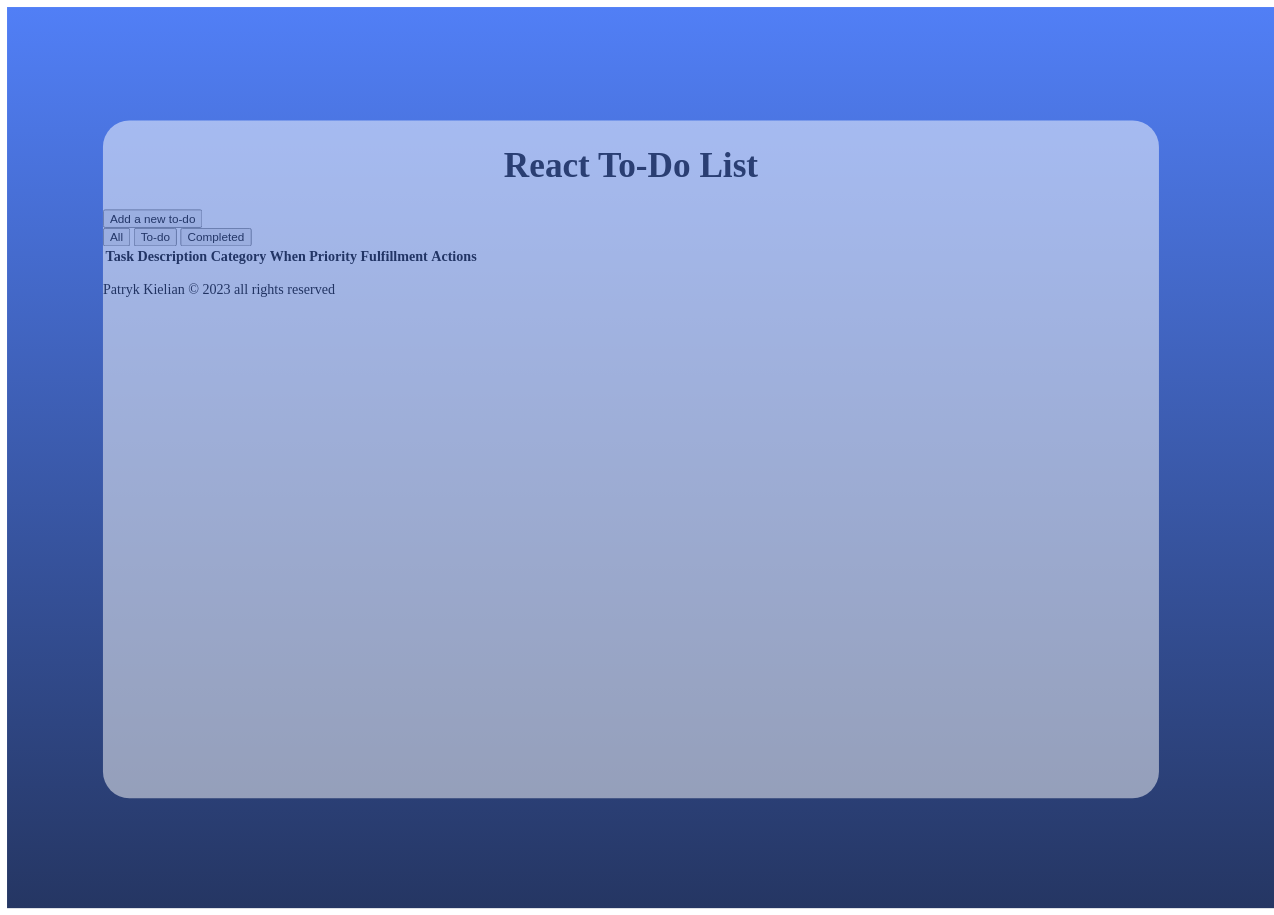
Repository: mirajane2/maquette-todo
Page: index.html
The author's editor kept a copy of each file at every save. The page is drawn from the files as they stood at one save, then again after the next save.
The browser window is 1280 px wide. The page is 1448 px wide, so the pictures cover 1448 px, including what lies to the right of the window. The pictures show the whole page, at 88% of full size.

Above is the page before, as saved 2024-11-12 17:09:24.

### index.html
<!DOCTYPE html>
<html lang="fr">
<head>
    <meta charset="UTF-8">
    <meta name="viewport" content="width=device-width, initial-scale=1.0">
    <link rel="stylesheet" href="index.css">
    <title>Maquette Figma</title>
</head>
<body>
    <div class="container">
        <div class="content">
            <h1 class="titre">React To-Do List</h1>
            <div>
                <button class="taches"> Add a new to-do</button>
                <div class="choix_selection">
                    <button class="show">All</button>
                    <button class="options">To-do</button>
                    <button class="options">Completed</button>
                </div>
            </div>

            <div class="table">
                <table>
                    <thead>
                        <tr>
                            <th>Task</th>
                            <th>Description</th>
                            <th>Category</th>
                            <th>When</th>
                            <th>Priority</th>
                            <th>Fulfillment</th>
                            <th>Actions</th>
                        </tr>
                    </thead>
                    <tbody class="valeur">
                        <script src="script.js"></script>
                    </tbody>
                </table>
            </div>

            <footer>
                <p>Patryk Kielian © 2023 all rights reserved</p>
            </footer>
        </div>
    </div>
</body>
</html>

### index.css
.container{
    background: linear-gradient(180deg, #517FF6, #253663);
    width : 1440px;
    height: 1024px;
}

.content{
    position: absolute;
    left: 117px;
    top: 137px;
    border-radius: 30px;
    opacity: 0.5;
    background-color: #ffffff;
    width: 1200px;
    height: 770px;
}

.titre{
    color: #0c0c0c;
    font-weight: bold;
    font-size: 40px;
    text-align: center;
    font-family: Jost;
    line-height: Auto;
    letter-spacing: 0%;
}

Loaded but not shown: script.js (no stored copy; drawn as an empty file)

After the next save:
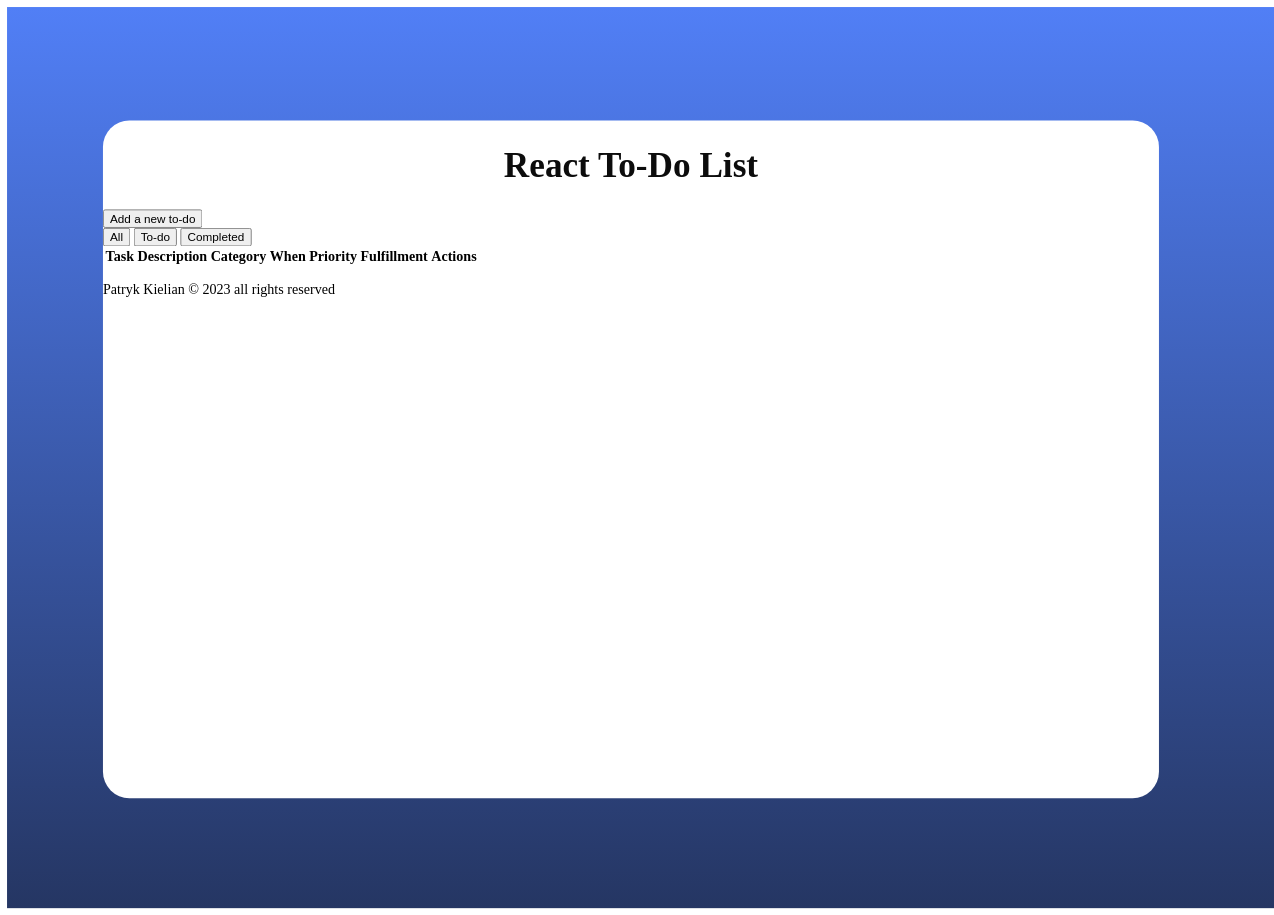
Saved 106 s later.
--- a/index.css
+++ b/index.css
@@ -1,21 +1,20 @@
-.container{
+.container {
     background: linear-gradient(180deg, #517FF6, #253663);
     width : 1440px;
     height: 1024px;
 }
 
-.content{
+.content {
     position: absolute;
     left: 117px;
     top: 137px;
     border-radius: 30px;
-    opacity: 0.5;
     background-color: #ffffff;
     width: 1200px;
     height: 770px;
 }
 
-.titre{
+.titre {
     color: #0c0c0c;
     font-weight: bold;
     font-size: 40px;

After the save that followed:
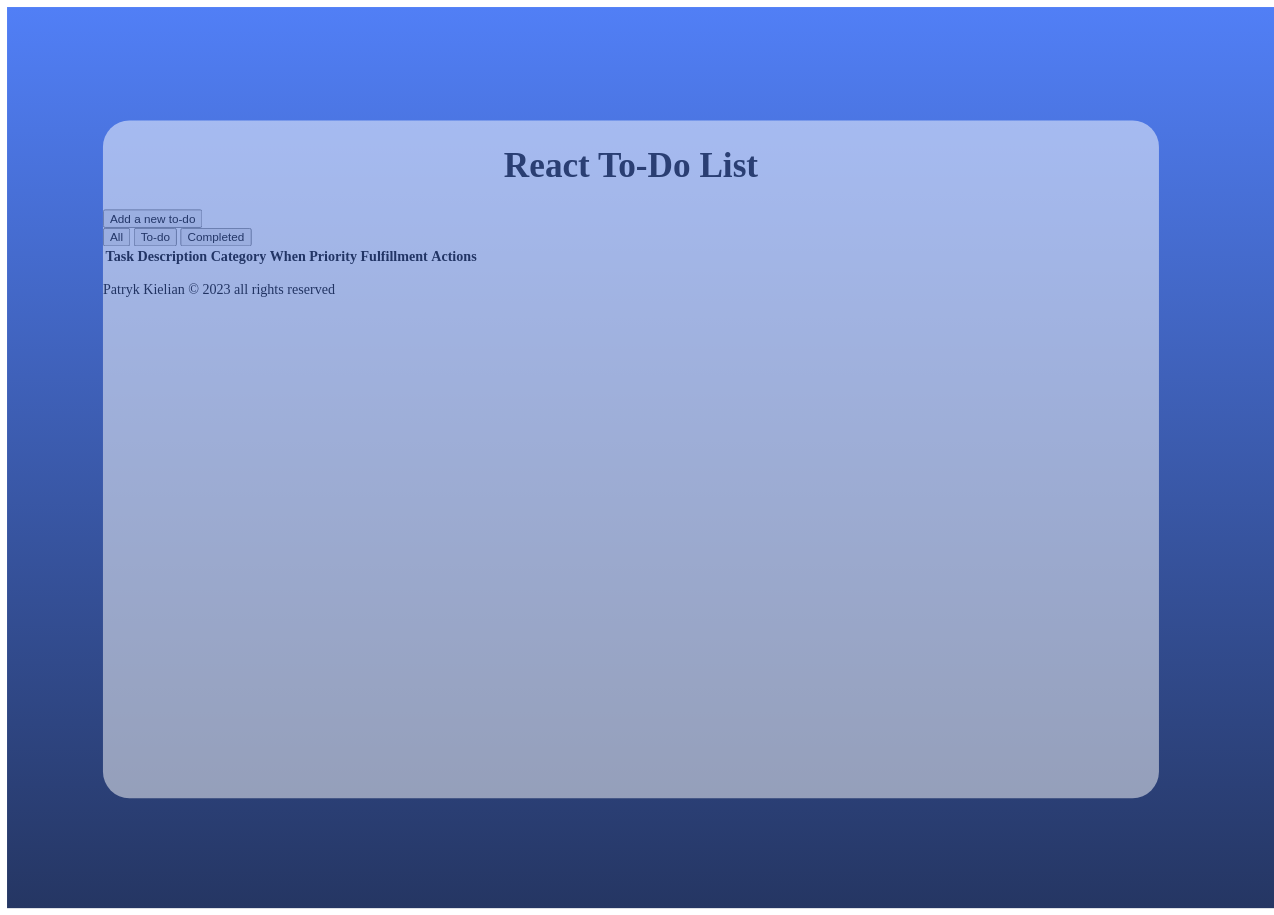
Saved 21 s later.
--- a/index.css
+++ b/index.css
@@ -9,6 +9,7 @@
     left: 117px;
     top: 137px;
     border-radius: 30px;
+    opacity: 0.5;
     background-color: #ffffff;
     width: 1200px;
     height: 770px;
